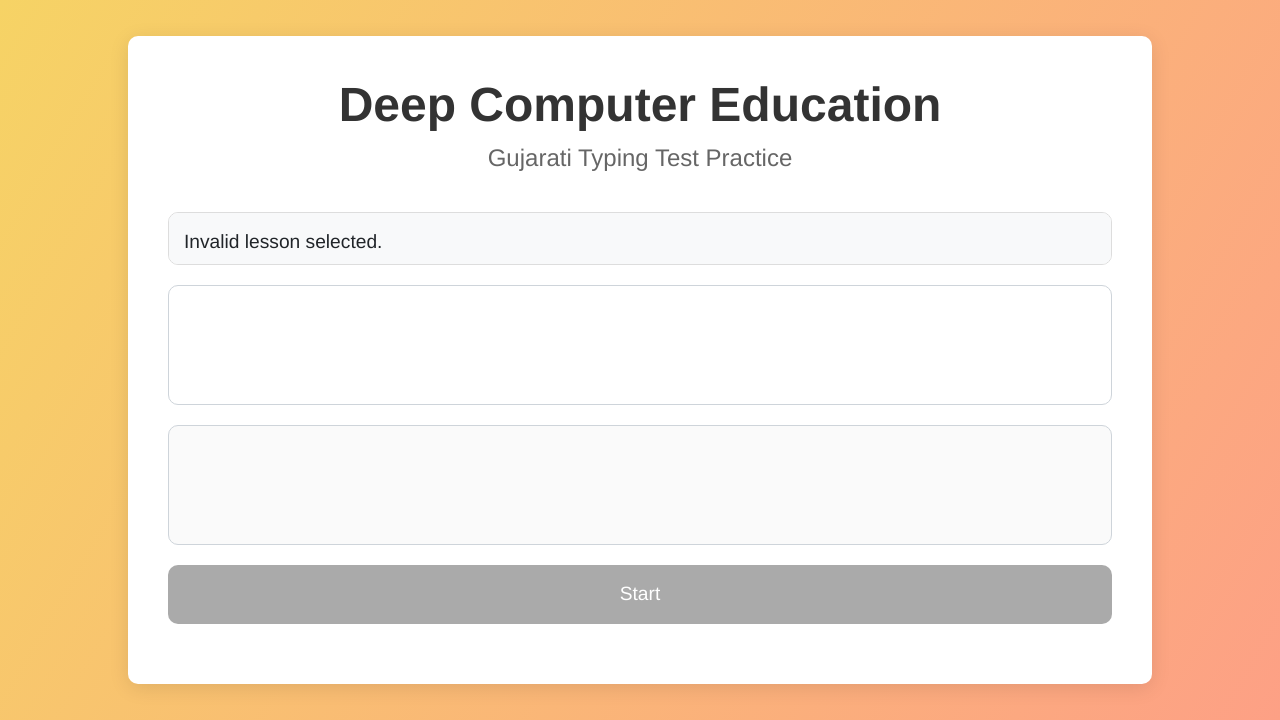
Repository: ssj27072002/Gujarati-typing-test
Page: typingGame/typingTest.html
An editor plug-in stored every save of this project. The page is shown before and after the next save, followed by the edit.
The browser window is 1280 px wide. The pictures show the whole page.

Above is the page before, as saved 2024-06-25 14:20:37.

### typingGame/typingTest.html
<!DOCTYPE html>
<html lang="en">
<head>
    <meta charset="UTF-8">
    <meta name="viewport" content="width=device-width, initial-scale=1.0">
    <title>Gujarati Typing Test</title>
    <link href="https://stackpath.bootstrapcdn.com/bootstrap/4.5.2/css/bootstrap.min.css" rel="stylesheet">
    <link rel="stylesheet" href="css/style.css">
</head>
<body>
    <div class="typing-section">
        <div class="header">
            <h1>Deep Computer Education</h1>
            <h2>Gujarati Typing Test Practice</h2>
            <div class="timer" id="show-time"></div>
        </div>
        <div id="showSentence" class="scrollable-paragraph"></div>
        <div id="coloredText" class="styled-textarea"></div>
        <textarea id="textarea" class="styled-textarea" disabled></textarea>
        <button id="btn" class="styled-button">Start</button>
        <div id="score"></div>
    </div>
    <script src="js/index.js"></script>
</body>
</html>

### typingGame/css/style.css
/* General Styles */
body {
    font-family: 'Helvetica Neue', sans-serif;
    background: linear-gradient(120deg, #f6d365 0%, #fda085 100%);
    margin: 0;
    padding: 0;
    display: flex;
    justify-content: center;
    align-items: center;
    height: 100vh;
    box-sizing: border-box;
    overflow: hidden;
}

/* Index Page Styles */
.lesson-section {
    background-color: #ffffff;
    padding: 40px;
    border-radius: 10px;
    box-shadow: 0 4px 20px rgba(0, 0, 0, 0.1);
    text-align: center;
    width: 80%;
    max-width: 1200px;
    height: 80%;
    display: flex;
    flex-direction: column;
    justify-content: center;
    align-items: center;
}

.header {
    margin-bottom: 30px;
}

.header h1 {
    font-size: 2.5rem;
    font-weight: bold;
    color: #333;
    margin-bottom: 10px;
}

.header h2 {
    font-size: 1.5rem;
    color: #666;
}

.lessons {
    display: flex;
    justify-content: space-between;
    width: 100%;
    max-width: 800px;
}

.lesson-card {
    background-color: #17a2b8;
    color: #fff;
    padding: 20px;
    border-radius: 10px;
    cursor: pointer;
    transition: background-color 0.3s, transform 0.3s;
    flex: 1;
    margin: 0 10px;
    text-align: center;
    font-size: 1.2rem;
    font-weight: 500;
}

.lesson-card:hover {
    background-color: #138496;
    transform: scale(1.05);
}

/* Typing Test Page Styles */
.typing-section {
    background-color: #ffffff;
    padding: 40px;
    border-radius: 10px;
    box-shadow: 0 4px 20px rgba(0, 0, 0, 0.1);
    text-align: center;
    width: 80%;
    max-width: 1200px;
    height: 90%;
    display: flex;
    flex-direction: column;
    justify-content: space-between;
}

.header {
    margin-bottom: 20px;
}

.header h1 {
    font-size: 3rem;
    font-weight: bold;
    color: #333;
    margin-bottom: 10px;
}

.header h2 {
    font-size: 1.5rem;
    color: #666;
}

.timer {
    font-size: 2rem;
    color: #333;
    margin-bottom: 20px;
}

#showSentence {
    max-height: 150px;
    overflow-y: auto;
    margin-bottom: 20px;
    font-size: 1.2rem;
    text-align: left;
    border: 1px solid #ddd;
    border-radius: 10px;
    padding: 15px;
    background-color: #f8f9fa;
}

#coloredText {
    margin-bottom: 20px;
    font-size: 1.2rem;
    text-align: left;
    white-space: pre-wrap;
    word-wrap: break-word;
}

.styled-textarea {
    width: 100%;
    height: 150px;
    padding: 20px;
    border-radius: 10px;
    border: 1px solid #ced4da;
    font-size: 1.5rem;
    margin-bottom: 20px;
    resize: none;
}

.styled-button {
    padding: 15px 30px;
    border: none;
    border-radius: 10px;
    background-color: #007bff;
    color: #fff;
    font-size: 1.2rem;
    cursor: pointer;
    transition: background-color 0.3s, transform 0.3s;
}

.styled-button:hover {
    background-color: #0056b3;
    transform: scale(1.05);
}

.styled-button:disabled {
    background-color: #aaa;
    cursor: not-allowed;
}

.error {
    color: #dc3545;
}

.correct {
    color: #28a745;
}

#score {
    font-size: 1.2rem;
    color: #333;
    margin-top: 20px;
}

### typingGame/js/index.js
document.addEventListener('DOMContentLoaded', function () {
    const typingGround = document.querySelector('#textarea');
    const btn = document.querySelector('#btn');
    const score = document.querySelector('#score');
    const showSentence = document.querySelector('#showSentence');
    const showTime = document.querySelector('#show-time');
    const coloredText = document.querySelector('#coloredText');

    const urlParams = new URLSearchParams(window.location.search);
    const lesson = urlParams.get('lesson');

    let startTime, endTime, totalTimeTaken, sentenceToWrite;
    let correctWords = 0, backspaceCount = 0;

    const paragraphs = {
        1: `ક ખ ગ ઘ ઙ ચ છ જ ઝ ઞ ટ ઠ ડ ઢ ણ ત થ દ ધ ન પ ફ બ ભ મ ય ર લ વ શ ષ સ હ ળ ક્ષ જ્ઞ`,
        3: `બકમા વછીસ બકમા વછીસ બકમા વછીસ બકમા વછીસ બકમા વછીસ`,
        4: `સરસ સહજ સત્ય સાવચેતી, સાવકે સજળ સરોવર સહનશે.`,
        5: `પ્રેમાનંદ ભટ્ટ મધ્યકાલીન ગુજરાતી કવિ હતા. તેઓ પોતાની અખૈયા રચનાઓ માટે જાણીતા છે. પ્રેમાનંદ માણભટ્ટની પરંપરાનાં કવિ મનાય છે.`
        // Add more lessons here
    };

    if (lesson && paragraphs[lesson]) {
        sentenceToWrite = paragraphs[lesson].split(' ');
        showSentence.innerHTML = paragraphs[lesson];
    } else {
        showSentence.innerHTML = 'Invalid lesson selected.';
        btn.setAttribute('disabled', 'true');
        typingGround.setAttribute('disabled', 'true');
    }

    const calculateTypingSpeed = (time_taken) => {
        let typingSpeed = (correctWords / time_taken) * 60;
        typingSpeed = Math.round(typingSpeed);

        const accuracy = Math.round((correctWords / sentenceToWrite.length) * 100);

        score.innerHTML = `Your typing speed is ${typingSpeed} words per minute. Correct words: ${correctWords}, Backspaces: ${backspaceCount}, Accuracy: ${accuracy}%. Time taken: ${time_taken} sec.`;
    };

    const endTypingTest = () => {
        btn.innerText = "Start";
        clearInterval(intervalID);
        const date = new Date();
        endTime = date.getTime();

        totalTimeTaken = (endTime - startTime) / 1000;

        calculateTypingSpeed(totalTimeTaken);

        typingGround.setAttribute('disabled', 'true');
    };

    let intervalID, elapsedTime = 0;

    const showTimer = () => {
        if (btn.innerText === "Done") {
            intervalID = setInterval(() => {
                elapsedTime++;
                showTime.innerHTML = elapsedTime;
            }, 1000);
        } else if (btn.innerText === "Start") {
            elapsedTime = 0;
            clearInterval(intervalID);
            showTime.innerHTML = "";
        }
    };

    const startTyping = () => {
        typingGround.value = '';
        coloredText.innerHTML = '';
        typingGround.removeAttribute('disabled');
        btn.removeAttribute('disabled');
        showSentence.innerHTML = paragraphs[lesson];

        correctWords = 0;
        backspaceCount = 0;

        const date = new Date();
        startTime = date.getTime();
        btn.innerText = "Done";

        showTimer();
    };

    typingGround.addEventListener('input', () => {
        const userInput = typingGround.value.trim();
        const userWords = userInput.split(/\s+/);

        coloredText.innerHTML = '';

        userWords.forEach((word, index) => {
            const span = document.createElement('span');
            if (index < sentenceToWrite.length) {
                if (word === sentenceToWrite[index]) {
                    span.classList.add('correct');
                } else {
                    span.classList.add('error');
                }
                span.textContent = word + ' ';
                coloredText.appendChild(span);
            }
        });

        // Track correct words
        correctWords = userWords.filter((word, index) => word === sentenceToWrite[index]).length;
    });

    typingGround.addEventListener('keydown', (e) => {
        if (e.key === 'Backspace') {
            backspaceCount++;
        }
    });

    btn.addEventListener('click', () => {
        if (btn.innerText.toLowerCase() === "start") {
            startTyping();
        } else if (btn.innerText.toLowerCase() === "done") {
            endTypingTest();
        }
    });
});

After the next save:
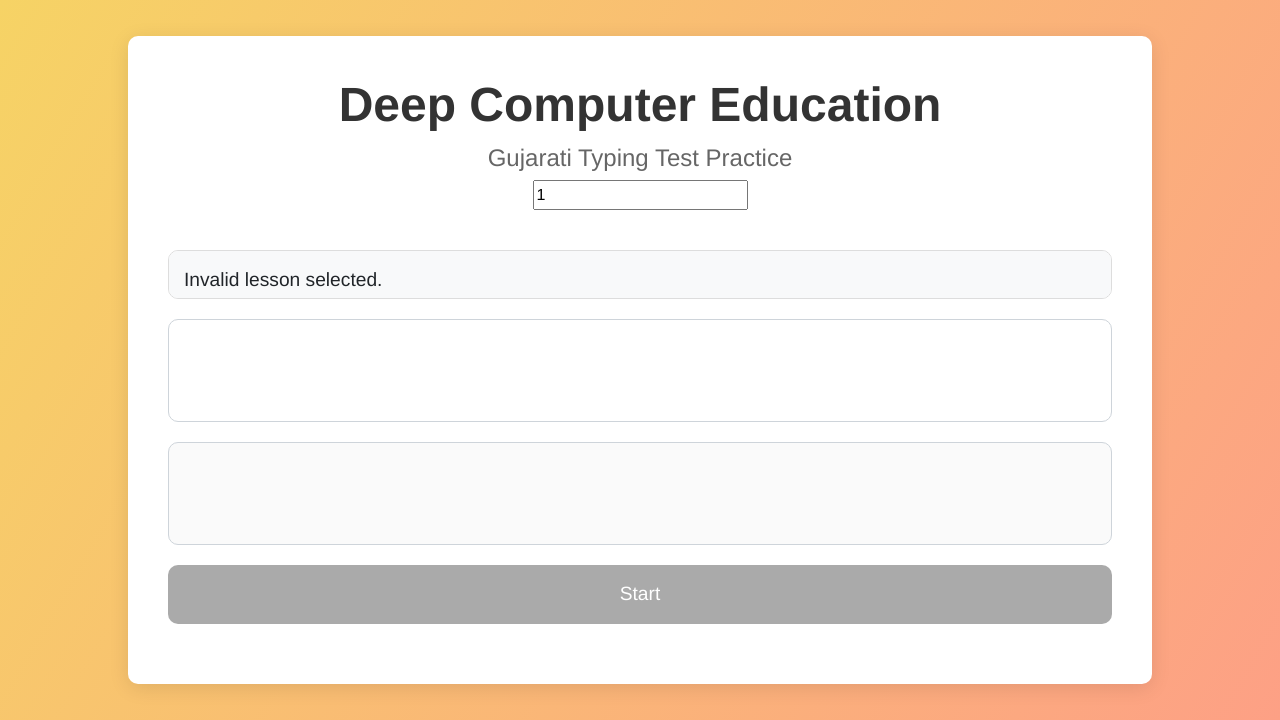
Saved 6 min 59 s later.
--- a/typingGame/typingTest.html
+++ b/typingGame/typingTest.html
@@ -12,6 +12,7 @@
         <div class="header">
             <h1>Deep Computer Education</h1>
             <h2>Gujarati Typing Test Practice</h2>
+            <input type="number" id="repeatCount" min="1" value="1" placeholder="Enter repeat count">
             <div class="timer" id="show-time"></div>
         </div>
         <div id="showSentence" class="scrollable-paragraph"></div>

After the 3 saves that followed:
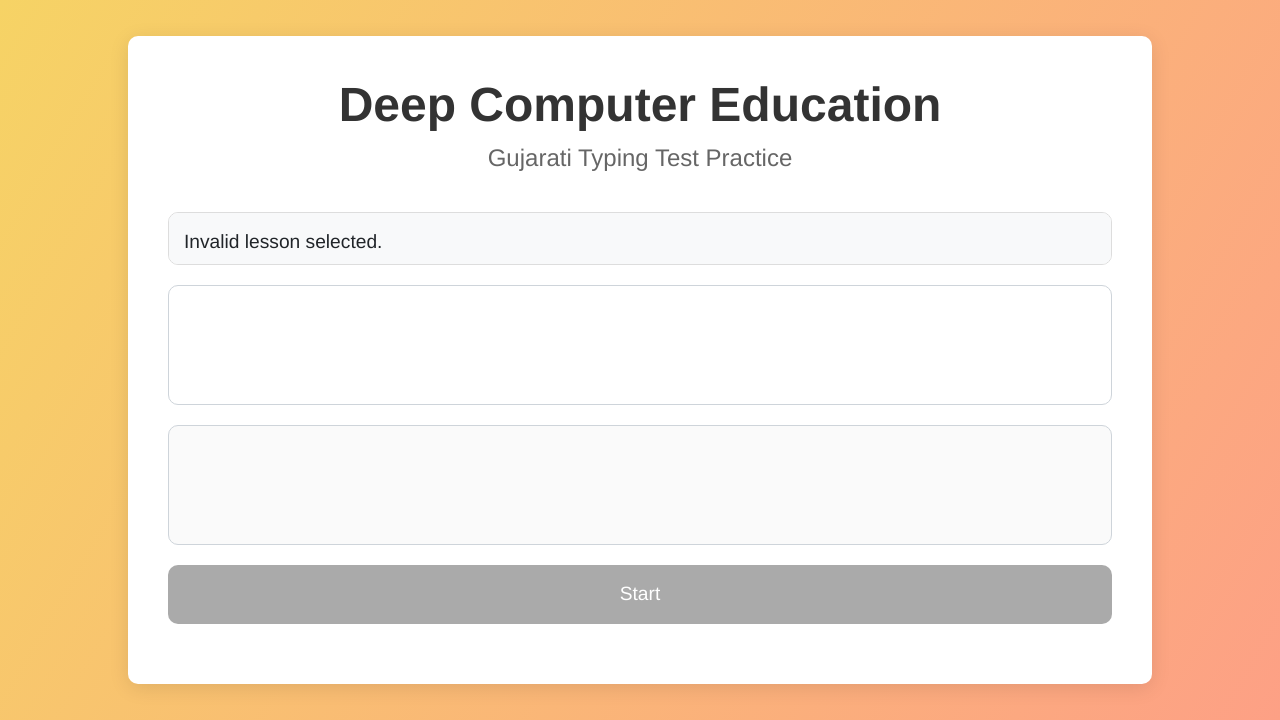
The 3 saves are shown as one change because 2 left the picture as it was.
The last was saved 3 min 44 s later.
--- a/typingGame/typingTest.html
+++ b/typingGame/typingTest.html
@@ -12,7 +12,6 @@
         <div class="header">
             <h1>Deep Computer Education</h1>
             <h2>Gujarati Typing Test Practice</h2>
-            <input type="number" id="repeatCount" min="1" value="1" placeholder="Enter repeat count">
             <div class="timer" id="show-time"></div>
         </div>
         <div id="showSentence" class="scrollable-paragraph"></div>
